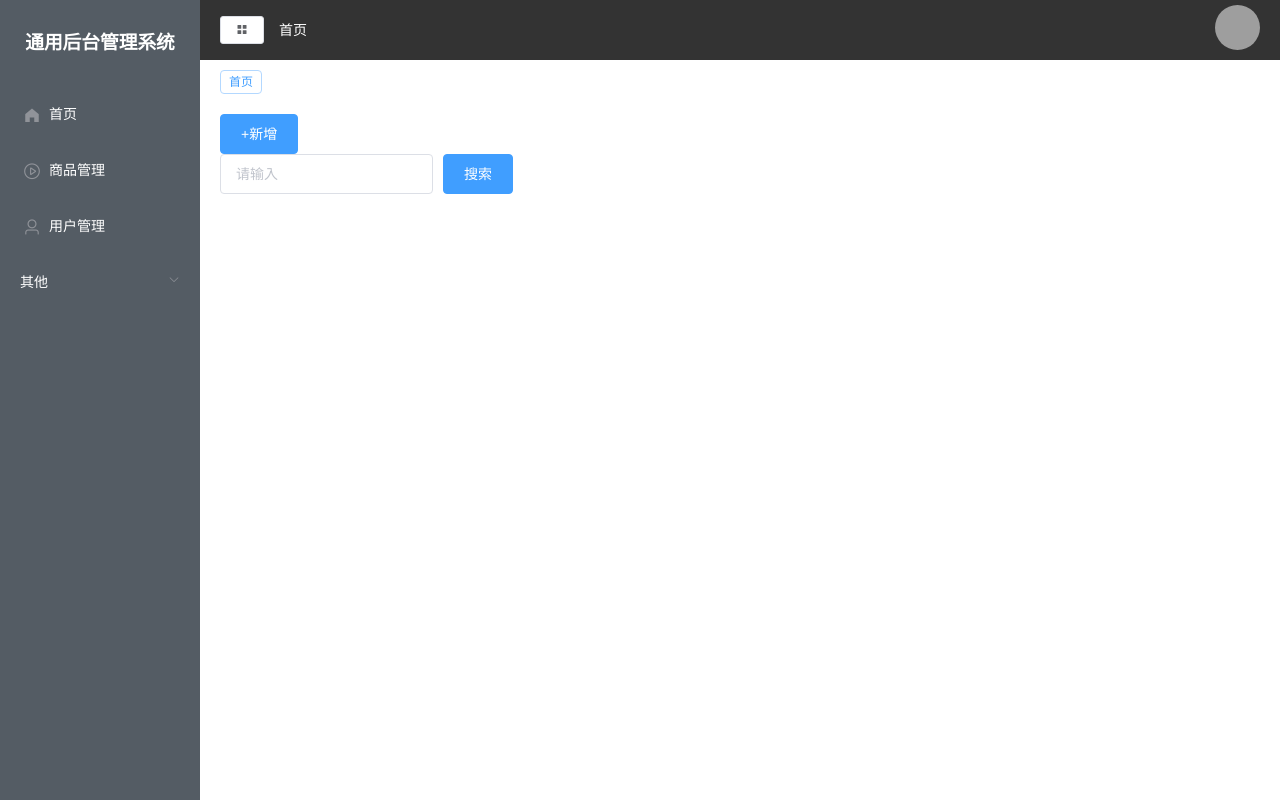
Repository: zhangwen001208/cmd
Page: /user
These files come from the project's save history. The page is drawn as it stood at one moment and after the next save; the edit follows.
The browser window is 1280 px wide. The pictures show the whole page.
Pictures or frames that could not be fetched are drawn as grey boxes. The project was rebuilt for these pictures with package versions that can differ from the ones it lists, and the page was loaded fresh each time. Also part of the build but not shown: vue.config.js.

Above is the page before, as saved 2022-08-31 11:16:11.

### src/main.js
import Vue from 'vue'
import App from './App.vue'
import router from './router'
import store from './store'
import ElementUI from 'element-ui';
import 'element-ui/lib/theme-chalk/index.css';

import 'normalize.css'
import './assets/css/index.less'

import '../src/request/mock.js'

Vue.config.productionTip = false

Vue.use( ElementUI )

new Vue({
  router,
  store,

  render: h => h(App)
}).$mount('#app')

### src/App.vue
<template>
  <div id="app">
    <router-view/>
  </div>
</template>

<style lang="less">
#app {
  font-family: Avenir, Helvetica, Arial, sans-serif;
  -webkit-font-smoothing: antialiased;
  -moz-osx-font-smoothing: grayscale;
  text-align: center;
  color: #2c3e50;
}

nav {
  padding: 30px;

  a {
    font-weight: bold;
    color: #2c3e50;

    &.router-link-exact-active {
      color: #42b983;
    }
  }
}
</style>

### src/router/index.js

import Vue from 'vue'
import VueRouter from 'vue-router'


Vue.use(VueRouter)

//即路由地址为’ / ’ 的页面，重复点击后重定向到的页面依然是Home页面，也就是所谓的产生了冗余导航，
const VueRouterPush = VueRouter.prototype.push
VueRouter.prototype.push = function push (location) {
  return  VueRouterPush.call(this, location).catch(err => err)
}


const routes = [
  {
    path: '/',
    name: 'main',
    component: () => import('../views/Main.vue'),
    children: [
      {
        path: '',
        name: 'home',

        component:() => import('../views/home/home.vue')
      },
      {
        path: '/user',
        name: 'user',
        component:() => import('../views/user/user.vue')
      },
      {
        path: '/mall',
        name: 'mall',
        component:() => import('../views/mall/mall.vue')
      },
      {
        path: '/page1',
        name: 'page1',
        component:() => import('../views/other/pageOne.vue')
      },
      {
        path: '/page2',
        name: 'page2  ',
        component:() => import('../views/other/pageTwo.vue')
      }



    ]
  },

]

const router = new VueRouter({
  mode: 'history',
  base: process.env.BASE_URL,
  routes
})






export default router

### src/store/index.js
import Vue from 'vue'
import Vuex from 'vuex'
import tab from './tab'
import userData from './userdata'

Vue.use(Vuex)

export default new Vuex.Store({
  state: {
  },
  getters: {
  },
  mutations: {
  },
  actions: {
  },
  modules: {
    tab,
    userData
  }
})

### src/assets/css/index.less
@import './base.less';

### src/request/mock.js
import Mock from 'mockjs'
import homeApi from './home.js'
import userApi from './user'


Mock.mock('/home/getData',homeApi.getStatisticalData )

Mock.mock('/user/add', 'post',userApi.createUser)
//

### src/views/Main.vue
<template>
  <div class="home">
      <el-container style="height: 100%">
        <el-aside width="auto">
          <home-aside/>
        </el-aside>
        <el-container>
          <el-header class="header">
            <home-header></home-header>
          </el-header>
           <commandTag/>
          <el-main>
          <router-view></router-view>
          </el-main>
        </el-container>
    </el-container>


  </div>
</template>

<script>

// @ is an alias to /src

import HomeAside from '../components/HomeAside.vue'
import homeHeader from '../components/homeHeader.vue'
import commandTag from '../components/commendTag.vue'

export default {
  name: 'HomeView',
  components: {
    HomeAside,
    homeHeader,
    commandTag

  }
}
</script>
<style lang="less" scoped>
.header{
  background-color: #333;
}

</style>

### src/views/user/user.vue
<!-- eslint-disable vue/multi-word-component-names -->
<template>
    <div class="manage">
        <el-dialog
         :title="operateType === 'add' ? '新增用户': '更新用户'"
        :visible.sync= 'isShow'>
        <common-form
        :FormLabel="opertateFormLabel"
        :form="operateform"
        :inline="true"
        ref="form">
        </common-form>
        <div slot="footer" class="dialog-fotter">
            <el-button @click="isShow = false">取消</el-button>
            <el-button type="primary" @click="confirm">确定</el-button>
        </div>
        </el-dialog>
        <div class="mange-header">
            <el-button type="primary" @click="addUser">+新增</el-button>
            <common-form
            :FormLabel="formLabel"
            :form="searchFrom"
            :inline="true"
            ref="form"
            >
            <el-button type="primary" @click="getList">搜索</el-button>
            </common-form>

        </div>


    </div>
</template>

<script>
import commonForm from '../../components/commonForm.vue'
    export default {
        components: {
            commonForm
        },
        data() {
            return {
                operateType: 'add',
                isShow: false,
                opertateFormLabel: [
                    {
                        model: 'name',
                        label: '姓名',
                        type: 'input'
                    },
                    {
                        model: 'age',
                        label: '年龄',
                        type: 'input'
                    },
                    {
                        model: 'sex',
                        label: '性别',
                        type: 'select',
                        opts: [
                            {
                                label: '男',
                                value: 1
                            },
                            {
                                label: '女',
                                value: 0

                                    }
                                ]
                            },
                     {
                         model: 'birth',
                         label: '出生日期',
                        type: 'date'
                    },
                     {
                         model: 'addr',
                         label: '地址',
                         type: 'input'
                    }

                ],
                operateform: {
                    name: '',
                    age: '',
                    addr: '',
                    birth: '',
                    sex: ''
                },
                formLabel: [
                        {
                            model: 'keyword',
                            label: '',
                            type: 'input'
                        }
                ],
                searchFrom: {
                        keyword: ''
                    }
             }
        },
        methods: {
            confirm() {

            },
            addUser() {
                this.isShow = true
                this.operateType = 'add'
                this.operateform =  {
                    name: '',
                    addr: '',
                    age: '',
                    birth: '',
                    sex: ''
                }

            },
            getList() {

            }

        }

    }
</script>

<style lang="scss" scoped>

</style>

### src/store/tab.js
export default {
    state: {
       isCollapse: false,
       tabsList: [
        {
            path: '/',
            name: 'home',
            label: '首页',
            icon: 'home'
        }
       ],
       currentMenu: null
    },
    mutations: {
        Collapsemenu(state) {
            state.isCollapse = !state.isCollapse
        },
        selectMenu(state, val) {
            if(val.name !== 'home') {
                state.currentMenu = val
                const result = state.tabsList.findIndex(item => item.name === val.name)

                if(result === -1) {
                    state.tabsList.push(val)
                }else {
                    state.currentMenu == null;
                }
            }
        }

    }
}

### src/assets/css/base.less

body{
    padding: 0;
    margin: 0;
}

html,body,#app {
    width: 100%;
    height: 100%;
    text-align: left;
}

### src/components/HomeAside.vue
<template>
<el-menu  default-active="1-4-1"
    class="el-menu-vertical-demo"
     background-color= '#545c64'
     text-color="#fff"
     active-text-color="#ffd04b"
    @open="handleOpen" @close="handleClose"
    :collapse="isCollapse">
  <h3>{{isCollapse? '后台': '通用后台管理系统'}}</h3>
  <el-menu-item  @click="clickmenu(item)" v-for="item in nochildren" index="item.path" :key="item.path">
    <i :class="'el-icon-'+item.icon"></i>
    <span slot="title">{{item.label}}</span>
  </el-menu-item>
  <el-submenu v-for="item in haschildren" index="item.path" :key="item.path">
    <template slot="title">
      <i class="'el-icon-'+item.icon"></i>
      <span slot="title">{{item.label}}</span>
    </template>
    <el-menu-item-group v-for="subitem in item.children" index='subitem.path' :key="subitem.path">

      <el-menu-item @click="clickmenu(subitem)" index="1-1">{{subitem.label}}</el-menu-item>

    </el-menu-item-group>

  </el-submenu>


</el-menu>

</template>

<script>
export default {
    data() {
      return {

        menu:[
          {
            path: '/',
            name: 'home',
            label: '首页',
            icon: 's-home',
            url: 'Home/home'
          },
           {
            path: '/mall',
            name: 'mall',
            label: '商品管理',
            icon: 'video-play',
            url: 'MallManage/MallManage'
          },
           {
            path: '/user',
            name: 'user',
            label: '用户管理',
            icon: 'user',
            url: 'UserManage/UserManage'
          },
           {

            label: '其他',
            icon: 'location',
           children: [
            {
            path: '/page1',
            name: 'page1',
            label: '页面1',
            icon: 'setting',
            url: 'Other/pageOne'
            },
            {
            path: '/page2',
            name: 'page2',
            label: '页面2',
            icon: 'setting',
            url: 'Other/pageTwo'
            }

           ]
          }

        ]
      };
    },
    methods: {
      handleOpen(key, keyPath) {
        console.log(key, keyPath);
      },
      handleClose(key, keyPath) {
        console.log(key, keyPath);
      },
      clickmenu(item) {
        if(this.$router.path !== item.path) {
            this.$router.push({
            name: item.name,
        })
        }
        this.$store.commit('selectMenu', item)


      }
    },
    computed: {
      nochildren() {
        return this.menu.filter(item => !item.children)
      },
      haschildren() {
         return this.menu.filter(item => item.children)
      },
      isCollapse() {
        return  this.$store.state.tab.isCollapse
      }
    }
  }
</script>

<style lang="less" scoped>
  .el-menu-vertical-demo:not(.el-menu--collapse) {
    width: 200px;
    height: 800px;

  }
  .el-menu {
    height: 800px;
    border: none;
    h3{
      color: #fff;
      text-align: center;
      line-height: 48px;

    }
  }

</style>

### src/components/homeHeader.vue
<template>
   <header>
        <div class="l-content">
            <el-button @click="hadrlemenu" plain icon="el-icon-menu" size="mini"></el-button>
            <!-- <h3 style="color: #fff">首页</h3> -->
            <el-breadcrumb separator="/">
                    <el-breadcrumb-item v-for="item in tags" :key="item.path" :to="{ path: item.path }">{{item.label}}</el-breadcrumb-item>


            </el-breadcrumb>
         </div>
         <div class="r-content">
            <el-dropdown trigger="click" szie="mini">
                <span>
                    <img class="user" :src="userImg">
                </span>
                <el-dropdown-menu slot="dropdown">
                    <el-dropdown-item>个人中心</el-dropdown-item>
                    <el-dropdown-item>退出</el-dropdown-item>
                </el-dropdown-menu>

            </el-dropdown>

         </div>
   </header>

</template>

<script>

import {mapState} from 'vuex'

    export default {
        name: 'homeHeader',
        data() {
            return {
                userImg: require('../assets/img/tx.jpeg')
            }
        },
        methods: {
            hadrlemenu() {
                this.$store.commit('Collapsemenu')
            }
        },
        computed: {
            ...mapState({
                tags: state => state.tab.tabsList
            })


        },





    }
</script>

<style lang="less" scoped>
header {
    display: flex;
    height: 100%;
    justify-content: space-between;
    align-items: center;
    .l-content {
        display: flex;
        align-items: center;
        .el-button {
            margin-right: 15px;

        }
        .el-breadcrumb ::v-deep .el-breadcrumb__inner {
        color: #fff !important;
}
    }
    .r-content {
        .user {
            width: 45px;
            height: 45px;
            border-radius: 50%;
        }
    }


}


</style>

### src/components/commendTag.vue
<template>
    <div class="tag">
      <el-tag
        v-for="(tag,index) in tags"
        :key="tag.name"
        :closable ="tag.name !== 'home'"
        :effect= "$route.name == tag.name? 'dark': 'plain' "
        @click="changmenu(tag)"
        @close= "handleClose(tag, index)"
        size="small"
        >
        {{tag.label}}
     </el-tag>


    </div>
</template>

<script>
import { mapState } from 'vuex'


    export default {
        name: 'commandTag',
        data() {
            return {

            }
        },
        computed: {
            ...mapState({
                tags: state => state.tab.tabsList
            })
        },
        created() {
            console.log(this.tags)
        },
        methods: {
            changmenu(item) {
                this.$router.push({
                    name: item.name
                })

            },
            handleClose(tag){
            this.tags.splice(this.tags.indexOf(tag), 1);
            }
        },



    }
</script>

<style lang="less" scoped>

.tag {
    margin: 10px 10px 0 20px;
    .el-tag {
        margin-right: 20px;
        cursor: pointer;
    }
}

</style>

### src/components/commonForm.vue
<!-- eslint-disable vue/no-mutating-props -->
<template>
    <div>
        <el-form ref="form" label-width= '100px' :model= 'form' :inline= 'inline'>
            <el-form-item v-for=" item in FormLabel" :key="item.label" :label="item.label">
                <el-input
                v-if = "item.type === 'input'"
                :placeholder="'请输入'+ item.label"
                v-model="form[item.model]"
                >
                </el-input>
                <el-switch
                 v-if = "item.type === 'switch'"
                v-mode= "form[item.model]"
                >
                </el-switch>
                <el-date-picker
                v-if= "item.type === 'date'"
                type='date'
                value-format = 'yyyy-MM-dd'
                placeholder="选择日期"
                v-mode= "form[item.model]"
                >
                </el-date-picker>
                <el-select
                v-if="item.type === 'select'"
                placeholder="选择性别"
                v-mode= "form[item.model]">
                <el-option
                v-for="item in item.opts"
                :key="item.value"
                :label="item.label"
                :value="item.value"
                >

                </el-option>

                </el-select>

            </el-form-item>
            <el-form-item>
                <slot></slot>
            </el-form-item>

        </el-form>

    </div>
</template>

<script>
    export default {
        props: {
            FormLabel: Array,
            form:Object,
            inline: Boolean

        },
        data() {
            return {}
        },
       created() {
        console.log(this.FormLabel)
        // console.log(this.item.opts)
       }

    }
</script>

<style lang="scss" scoped>

</style>

Loaded but not shown: public/index.html (common file); src/request/home.js (129 lines, source omitted); src/request/user.js (125 lines, source omitted); src/store/userdata.js (60 lines, source omitted)

After the next save:
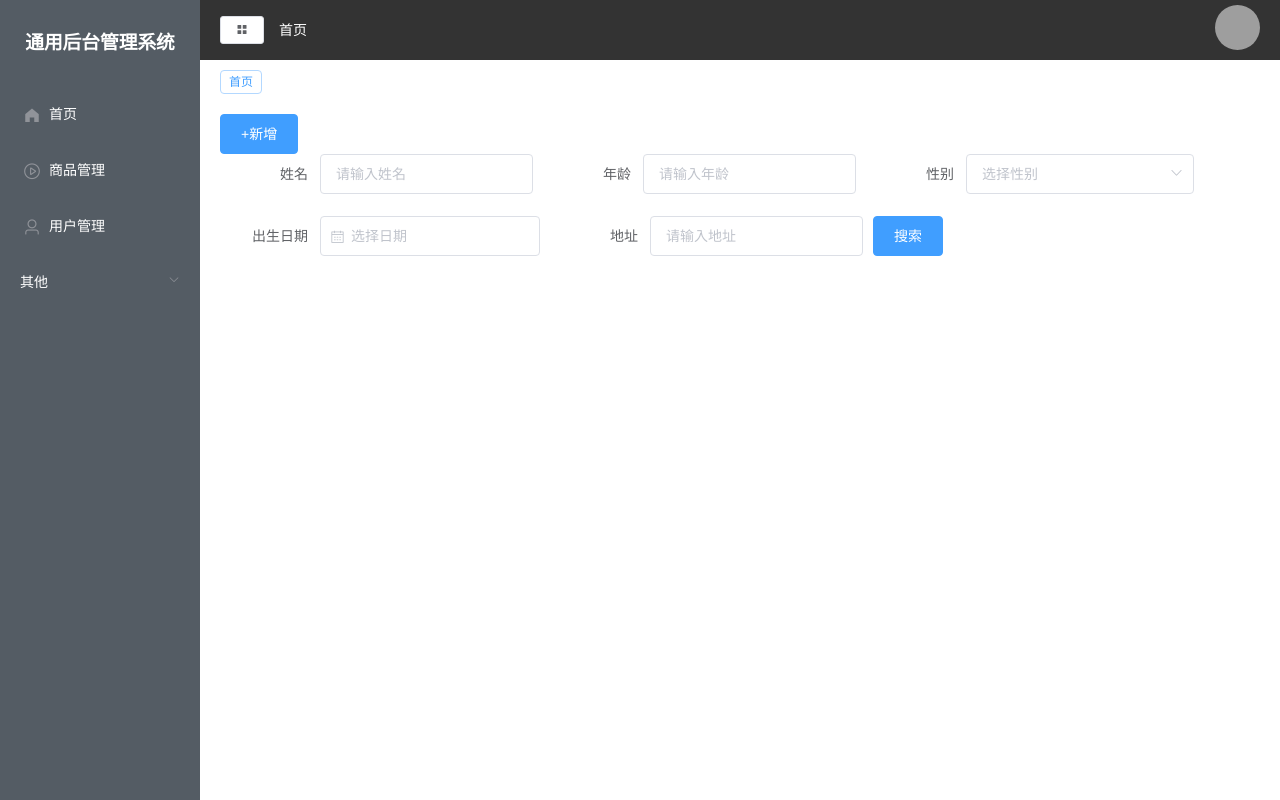
Saved 48 s later.
--- a/src/components/commonForm.vue
+++ b/src/components/commonForm.vue
@@ -2,7 +2,7 @@
 <template>
     <div>
         <el-form ref="form" label-width= '100px' :model= 'form' :inline= 'inline'>
-            <el-form-item v-for=" item in FormLabel" :key="item.label" :label="item.label">
+            <el-form-item v-for=" item in opertateFormLabel" :key="item.label" :label="item.label">
                 <el-input
                 v-if = "item.type === 'input'"
                 :placeholder="'请输入'+ item.label"
@@ -56,7 +56,47 @@
 
         },
         data() {
-            return {}
+            return {
+                 opertateFormLabel: [
+                    {
+                        model: 'name',
+                        label: '姓名',
+                        type: 'input'
+                    },
+                    {
+                        model: 'age',
+                        label: '年龄',
+                        type: 'input'
+                    },
+                    {
+                        model: 'sex',
+                        label: '性别',
+                        type: 'select',
+                        opts: [
+                            {
+                                label: '男',
+                                value: 1
+                            },
+                            {
+                                label: '女',
+                                value: 0
+
+                                    }
+                                ]
+                            },
+                     {
+                         model: 'birth',
+                         label: '出生日期',
+                        type: 'date'
+                    },
+                     {
+                         model: 'addr',
+                         label: '地址',
+                         type: 'input'
+                    }
+
+                ],
+            }
         },
        created() {
         console.log(this.FormLabel)

After the 2 saves that followed:
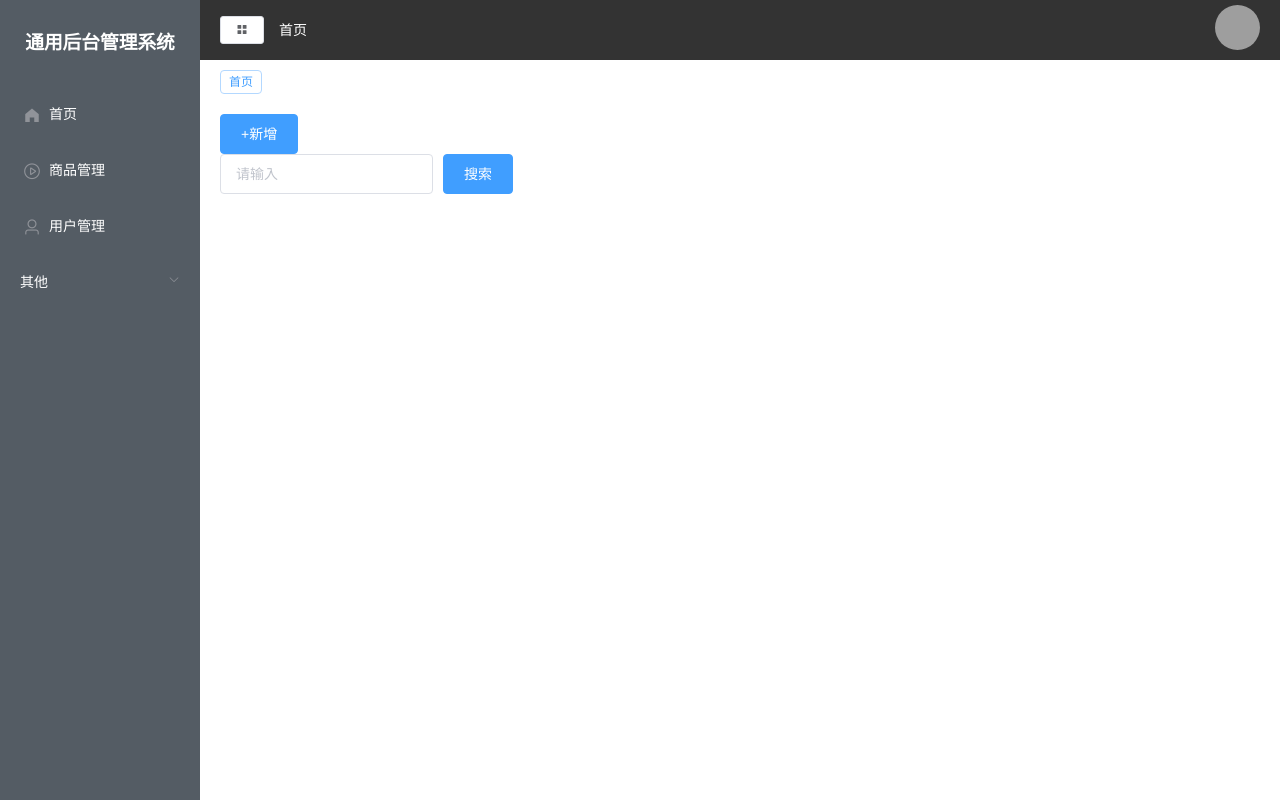
The 2 saves are shown as one change because 1 left the picture as it was.
The last was saved 98 s later.
--- a/src/components/commonForm.vue
+++ b/src/components/commonForm.vue
@@ -2,7 +2,7 @@
 <template>
     <div>
         <el-form ref="form" label-width= '100px' :model= 'form' :inline= 'inline'>
-            <el-form-item v-for=" item in opertateFormLabel" :key="item.label" :label="item.label">
+            <el-form-item v-for=" item in FormLabel" :key="item.label" :label="item.label">
                 <el-input
                 v-if = "item.type === 'input'"
                 :placeholder="'请输入'+ item.label"
@@ -22,7 +22,7 @@
                 v-mode= "form[item.model]"
                 >
                 </el-date-picker>
-                <el-select
+                <!-- <el-select
                 v-if="item.type === 'select'"
                 placeholder="选择性别"
                 v-mode= "form[item.model]">
@@ -35,7 +35,7 @@
 
                 </el-option>
 
-                </el-select>
+                </el-select> -->
 
             </el-form-item>
             <el-form-item>
@@ -57,45 +57,7 @@
         },
         data() {
             return {
-                 opertateFormLabel: [
-                    {
-                        model: 'name',
-                        label: '姓名',
-                        type: 'input'
-                    },
-                    {
-                        model: 'age',
-                        label: '年龄',
-                        type: 'input'
-                    },
-                    {
-                        model: 'sex',
-                        label: '性别',
-                        type: 'select',
-                        opts: [
-                            {
-                                label: '男',
-                                value: 1
-                            },
-                            {
-                                label: '女',
-                                value: 0
 
-                                    }
-                                ]
-                            },
-                     {
-                         model: 'birth',
-                         label: '出生日期',
-                        type: 'date'
-                    },
-                     {
-                         model: 'addr',
-                         label: '地址',
-                         type: 'input'
-                    }
-
-                ],
             }
         },
        created() {
